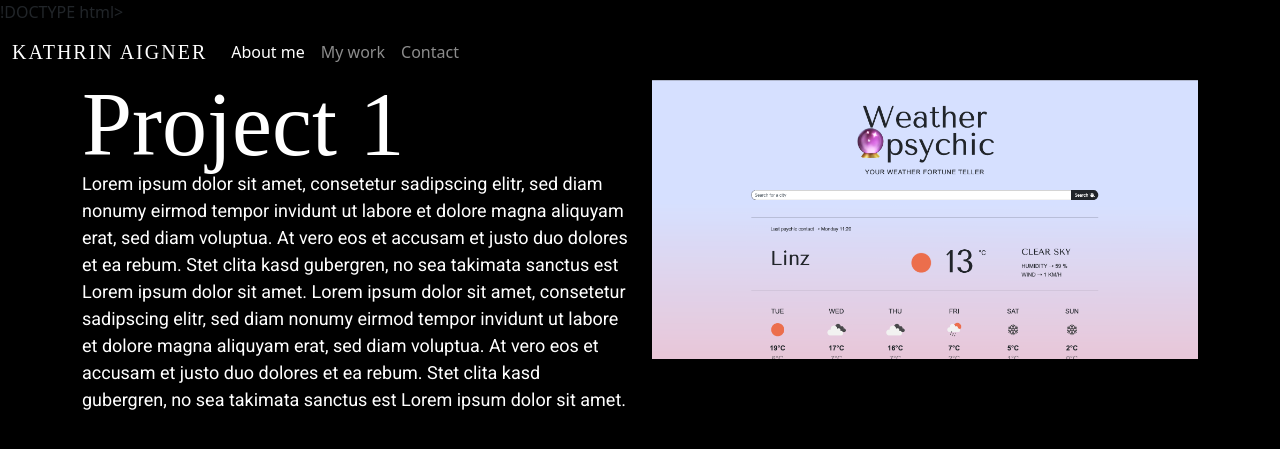
Repository: kathrin-aigner/Portfolio-2022
Page: work.html
An editor plug-in stored every save of this project. The page is shown before and after the next save, followed by the edit.
The browser window is 1280 px wide. The pictures show the whole page.
Some web fonts or font styles are not loaded; a fallback is used. Some web libraries are served in a nearby version.

Above is the page before, as saved 2022-03-28 11:38:40.

After the next save:
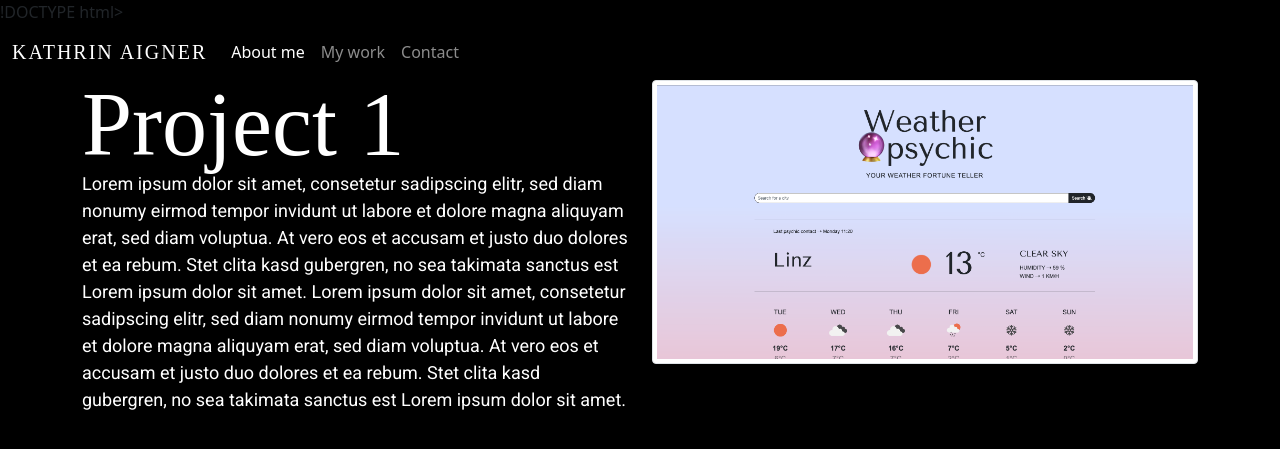
Saved 55 s later.
--- a/work.html
+++ b/work.html
@@ -81,7 +81,7 @@
        </div>
         <div class="col-6">
          <div class="project-preview">
-           <img src="/images/wheater psychic.png" class="img-fluid img-thumbnaild-block" alt="preview of the homepage of the weather app">
+           <img src="/images/wheater psychic.png" class="img-fluid img-thumbnail" alt="preview of the homepage of the weather app">
          </div>
        </div>
      </div>

After the save that followed:
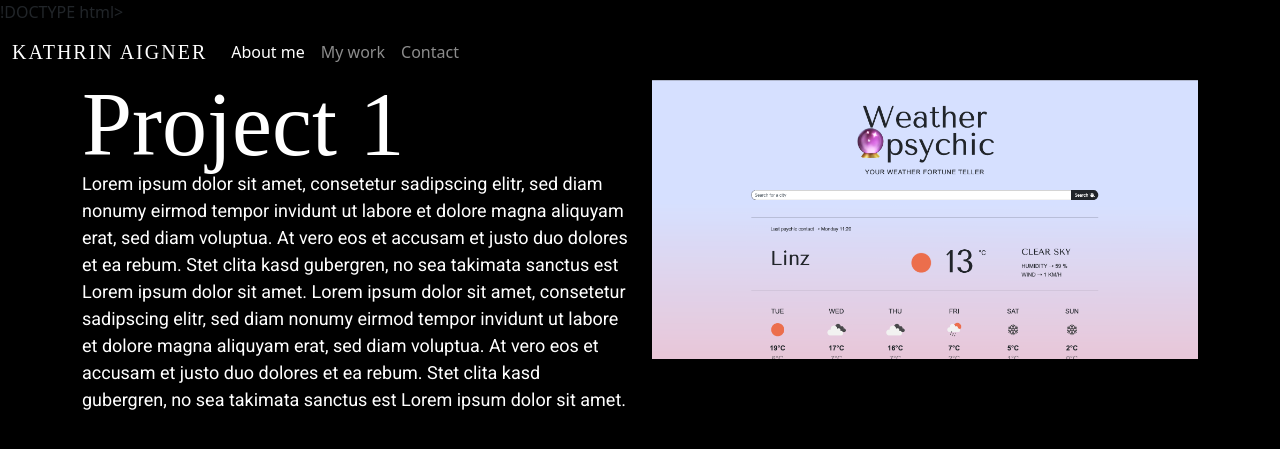
Saved 11 s later.
--- a/work.html
+++ b/work.html
@@ -81,7 +81,7 @@
        </div>
         <div class="col-6">
          <div class="project-preview">
-           <img src="/images/wheater psychic.png" class="img-fluid img-thumbnail" alt="preview of the homepage of the weather app">
+           <img src="/images/wheater psychic.png" class="img-fluid" alt="preview of the homepage of the weather app">
          </div>
        </div>
      </div>
